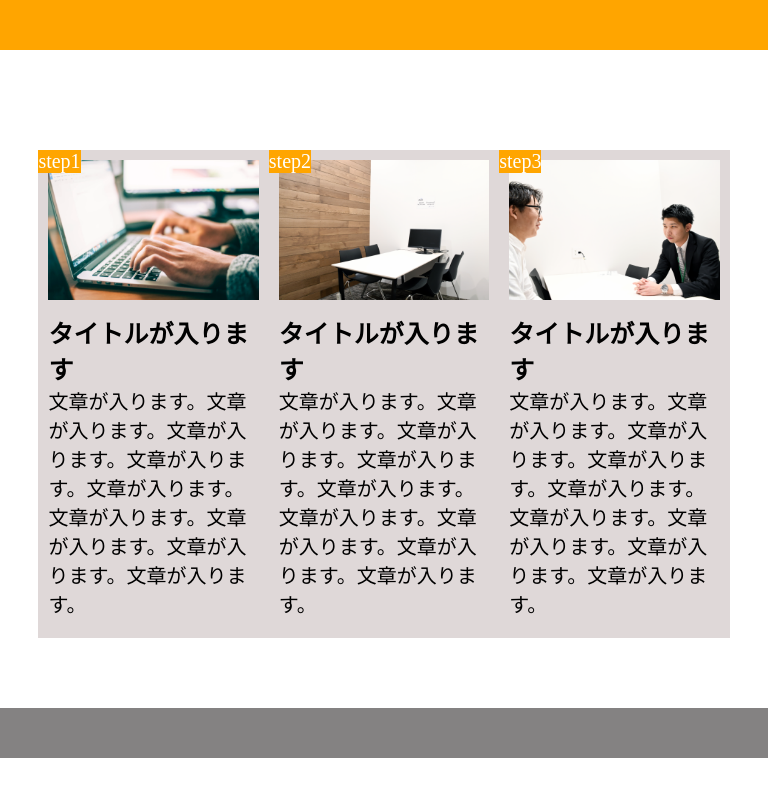
Repository: ishidaryu/ishidaryu
Page: HW/HW.html
The author's editor kept a record of every edit. The page is drawn from the files as they stood at one moment, then again after the next edit.
The browser window is 768 px wide. The pictures show the whole page.

Above is the page before.

### HW/HW.html
<!DOCTYPE html>
<html lang="ja">

  <head>
     <meta charset="UTF-8" />
      <meta name="viewport" content="width=device-width,initial-scale=1.0">
     <link rel="stylesheet" href="HW.css" />
  </head>

  <body>

    <header></header>


    <main>
      <section class="blog">
        <div class="blog-box">

          <div class="blog-item">
            <div class="blog-box1">
              <img class="blog-image" src="flow01.png" />
              <p style="text-align:center">
                step1
              </p>
            </div>

              <section class="blog-text">
                <h3 class="blog-text-headimg">
                  <p class="blog-title">
                    タイトルが入ります
                  </p>
                </h3>
              <p class="blog-date">
                文章が入ります。文章が入ります。文章が入ります。文章が入りま
                す。文章が入ります。文章が入ります。文章が入ります。文章が入
                ります。文章が入ります。
                </p>
              </section>
            </div>

          <div class="blog-item">
            <div class="blog-box2">

              <img class="blog-image" src="flow02.png" />
               <p style="text-align:center">
                step2
               </p>
            </div>

                <section class="blog-text">
                  <h3 class="blog-text-headimg">
                    <p class="blog-title">
                      タイトルが入ります
                    </p>
                  </h3>
                <p class="blog-date">
                      文章が入ります。文章が入ります。文章が入ります。文章が入りま
                      す。文章が入ります。文章が入ります。文章が入ります。文章が入
                      ります。文章が入ります。
                </p>
                </section>
          </div>

          <div class="blog-item">
            <div class="blog-box3">
              <img class="blog-image" src="flow03.png" />
              <p style="text-align:center">
                step3
              </p>
            </div>
                <section class="blog-text">
                  <h3 class="blog-text-headimg">
                    <p class="blog-title">
                      タイトルが入ります
                    </p>
                </h3>
              <p class="blog-date">
                      文章が入ります。文章が入ります。文章が入ります。文章が入りま
                      す。文章が入ります。文章が入ります。文章が入ります。文章が入
                      ります。文章が入ります。
                </p>
                </section>
            </div>

        </div>
        </section>


    </main>


    <footer></footer>

  </body>
</html>

### HW/HW.css
* {
  margin: 0;
  padding: 0;
  box-sizing: border-box;

}



a {
  text-decoration: none;
}

header {
  width: 100%;
  height: 50px;
  background-color: orange;
}

main {
  width: 100%;
  display: flex;
  justify-content: center;
  margin: 0 auto;
  padding: 50px 0;
}

.blog {
  width: 90%;
  display: flex;
}


.blog-box {
  display: flex;
  flex-warp: wrap;
  padding-top: 50px;
}

.blog-box1 {
  position: relative;
}

.blog-box1 p {
  position: absolute;
  color: white;
  top: 0;
  left: 0;
  margin: 0;
  background: orange;
  font-size: 20px;
}

.blog-box2 {
  position: relative;
}

.blog-box2 p {
  position: absolute;
  color: white;
  top: 0;
  left: 0;
  margin: 0;
  background: orange;
  font-size: 20px;
}

.blog-box3 {
  position: relative;
}

.blog-box3 p {
  position: absolute;
  color: white;
  top: 0;
  left: 0;
  margin: 0;
  background: orange;
  font-size: 20px;
}

.blog-item {
  padding-bottom: 10px;
  margin-bottom: 20px;

  justify-content: flex-start;
  background-color: #dfd8d8;
}

.blog-image {
  width: 100%;
  height: 150px;
  padding: 10px 10px 0 10px;
}

.blog-text {
  padding: 10px;
}

.blog-text-heading {
  padding-bottom: 15px;
}

.blog-title {
  font-size: 25px;
}

.blog-date {
  font-size: 20px;
}


footer {
  width: 100%;
  height: 50px;
  background-color: #848282;
}


@media screen and (max-width:768px) {
    .blog-box {
      width: 100%;

  }

}

After the next edit:
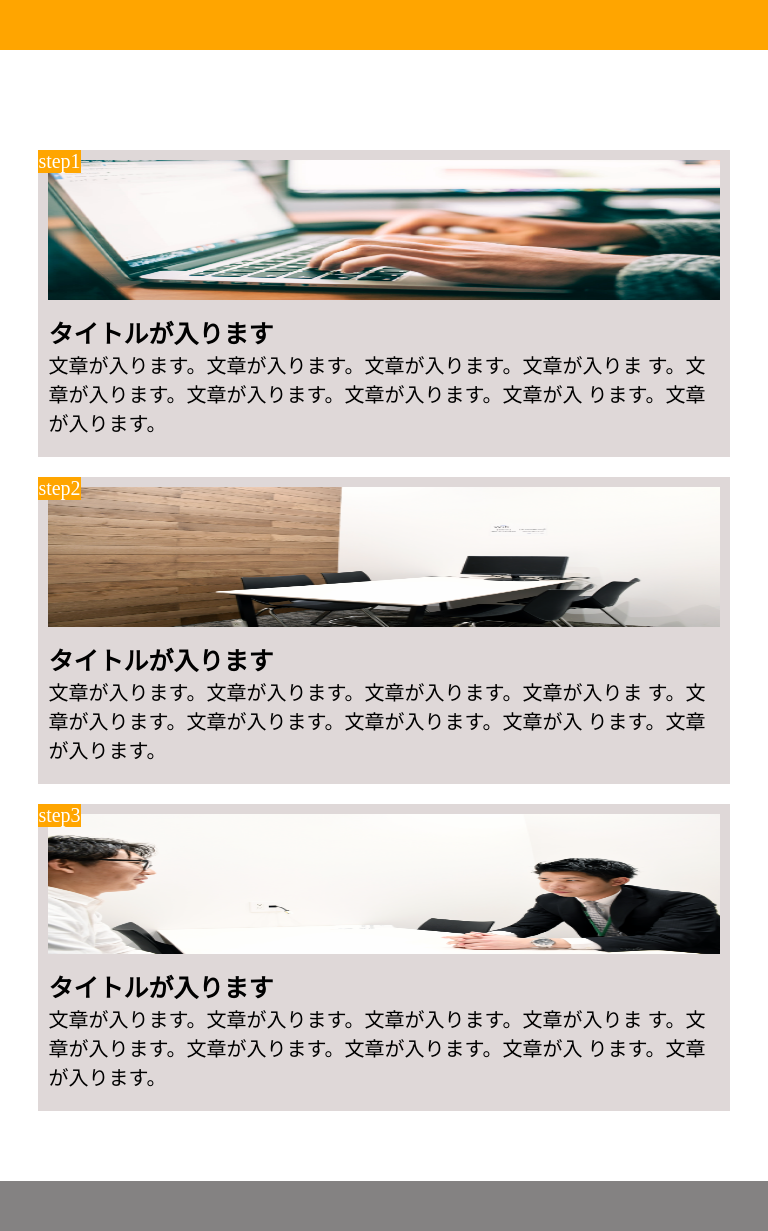
The edit:
--- a/HW/HW.css
+++ b/HW/HW.css
@@ -119,6 +119,7 @@
 
 @media screen and (max-width:768px) {
     .blog-box {
+      display: block;
       width: 100%;
 
   }
